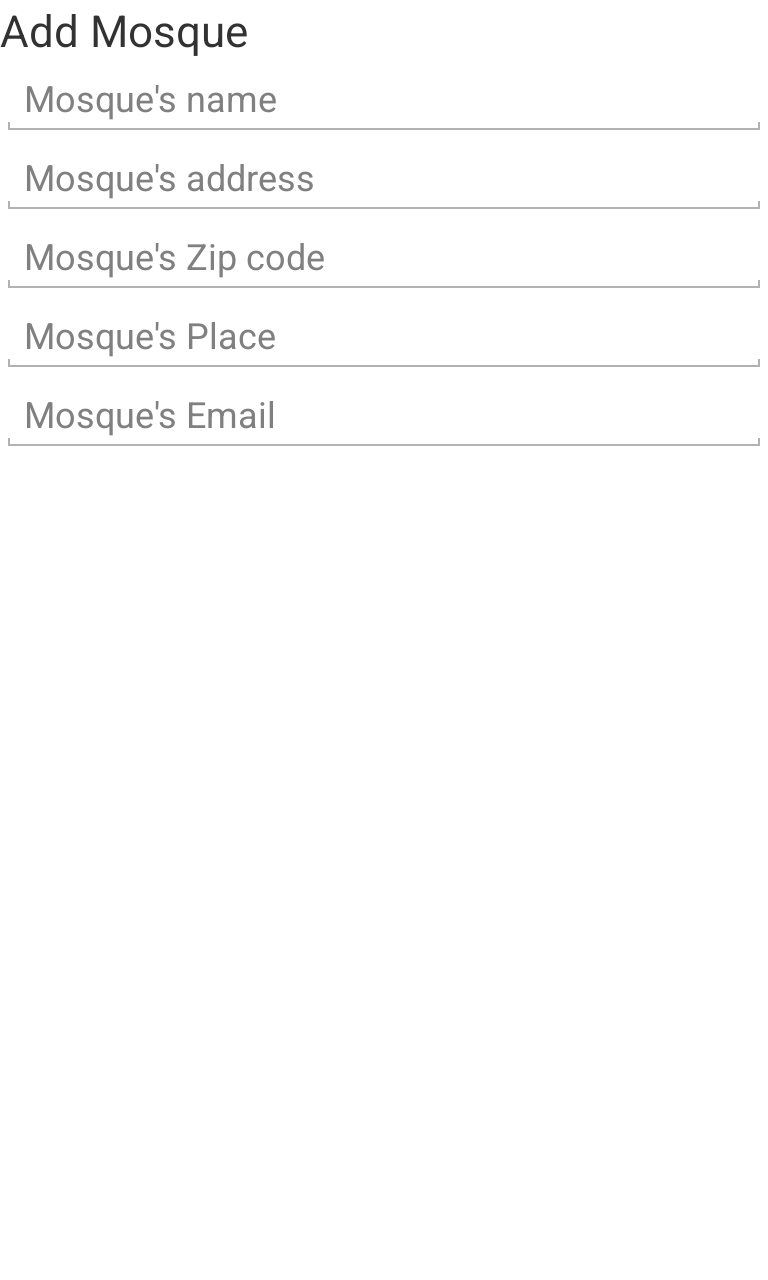
Repository: Osamah/Afstudeerwerk
Layout: NativeApp/SecondPillar/res/layout/activity_addmosque.xml
These files come from the project's save history. The layout is drawn as it stood at one moment and after the next save; the edit follows.
It is drawn on a 768 x 1280 px phone screen (xhdpi) without system bars, with theme AppTheme; the app's code is not run.

Above is the layout before, as saved 2012-12-31 15:20:04.

After the next save:
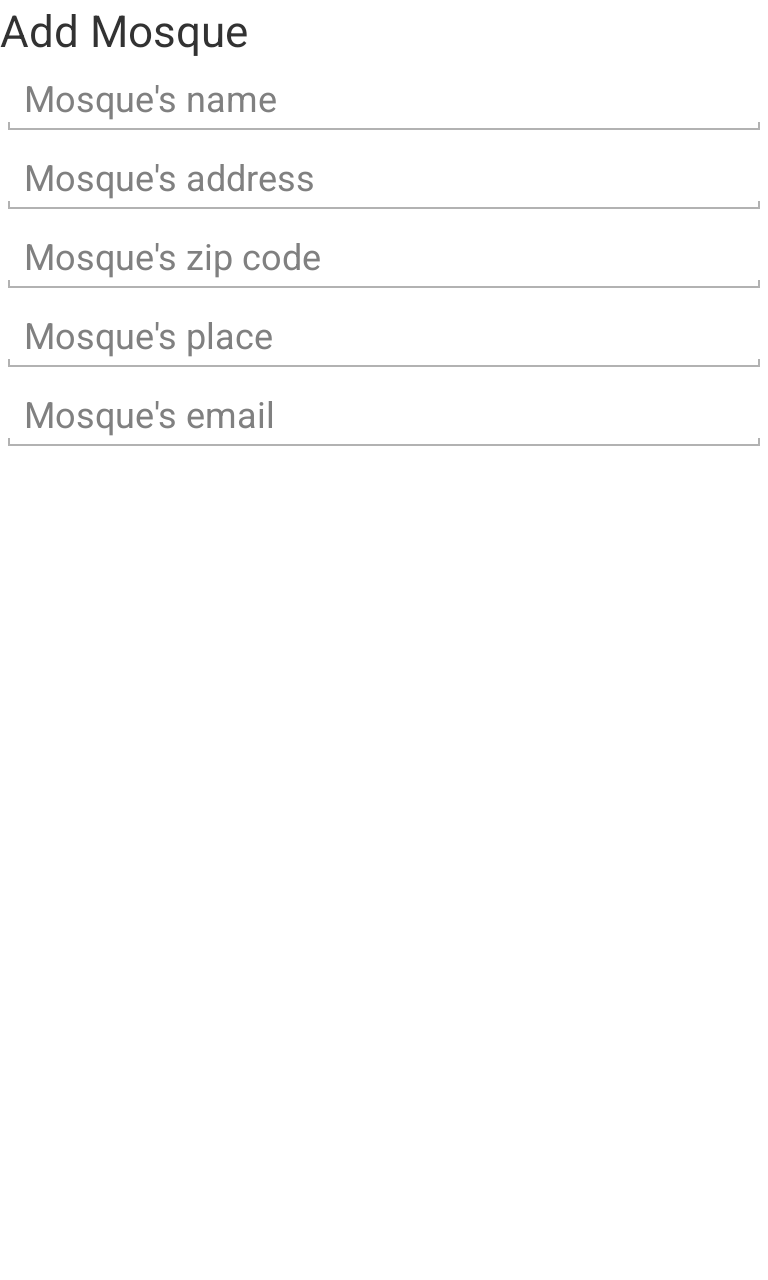
Saved 49 s later.
--- a/NativeApp/SecondPillar/res/values/strings.xml
+++ b/NativeApp/SecondPillar/res/values/strings.xml
@@ -53,10 +53,10 @@
     <string name="lblAddMosque">Add Mosque</string>
     <string name="txtMosqueName">Mosque\'s name</string>
     <string name="txtMosqueAddress">Mosque\'s address</string>
-    <string name="txtMosqueZipCode">Mosque\'s Zip code</string>
-    <string name="txtMosquePlace">Mosque\'s Place</string>
-    <string name="txtMosqueMail">Mosque\'s Email</string>
-    <string name=""></string>
+    <string name="txtMosqueZipCode">Mosque\'s zip code</string>
+    <string name="txtMosquePlace">Mosque\'s place</string>
+  	<string name="txtMosquePhone">Mosque\'s phone</string>
+  	 <string name="txtMosqueMail">Mosque\'s email</string>
     <string name=""></string>
     <string name=""></string>
 
